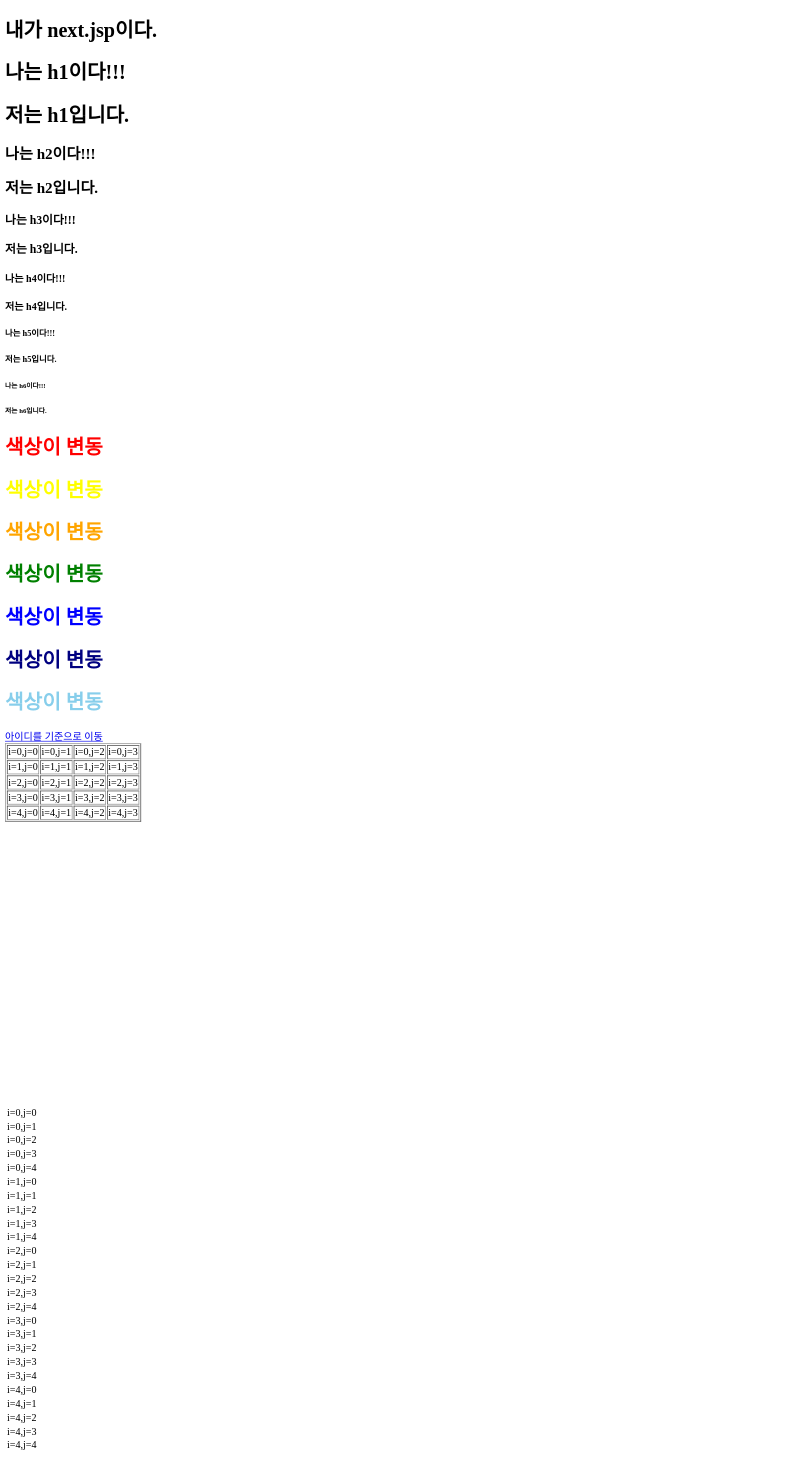
Repository: to-flatwhite1/JSP
Page: http://localhost/JSP07/next.jsp
An editor plug-in stored every save of this project. The page is shown before and after the next save, followed by the edit.
The browser window is 1280 px wide. The pictures show the whole page, at 63% of full size.
The page is served by Tomcat 9.

Above is the page before, as saved 2024-05-16 04:29:26.

After the next save:
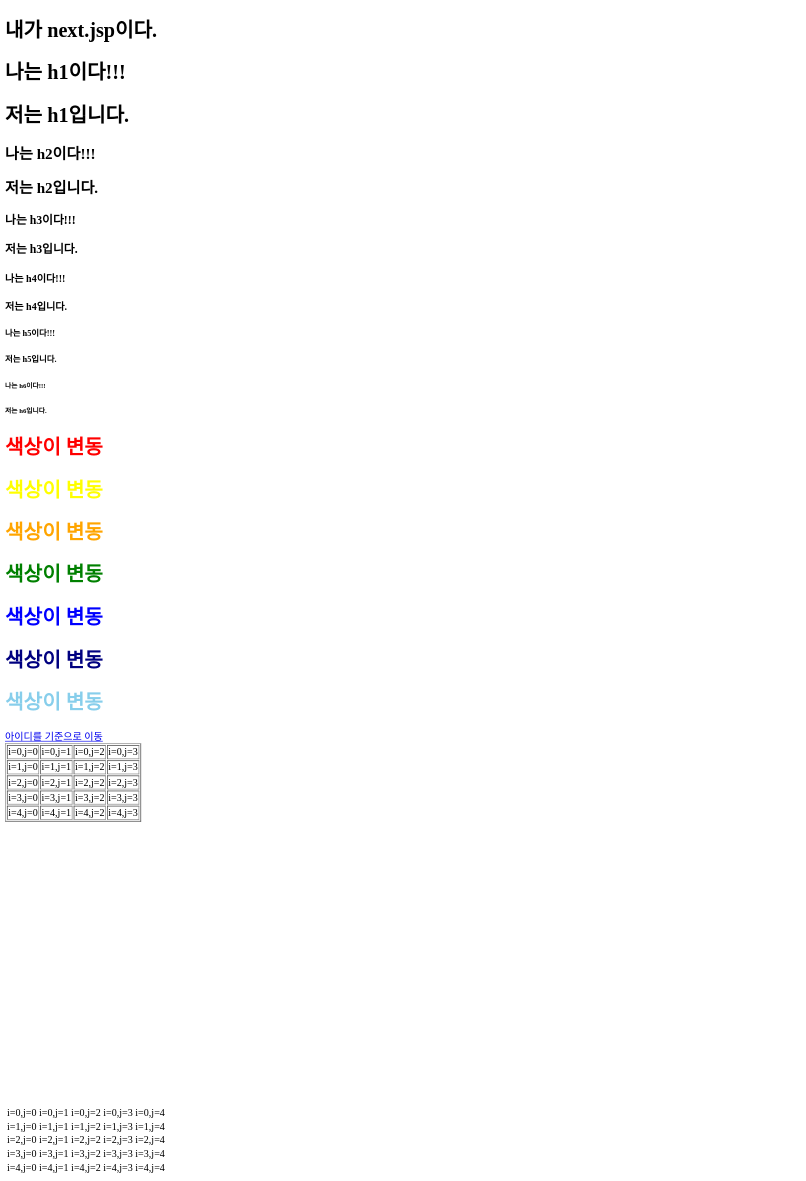
Saved 68 s later.
--- a/JSP07/src/main/webapp/next.jsp
+++ b/JSP07/src/main/webapp/next.jsp
@@ -81,10 +81,11 @@
 			<table>
 			<%
 				for(int i=0; i<5; i++){
+					out.print("<tr>");
 					for(int j=0; j<5; j++){
-						out.print("<tr><td>i="+i+",j="+j+"</td></tr>"+"<br>");
+						out.print("<td>i="+i+",j="+j+"</td>"+"<br>");
 					}
-
+					out.print("</tr>");
 				}
 			%>
 			</table>
